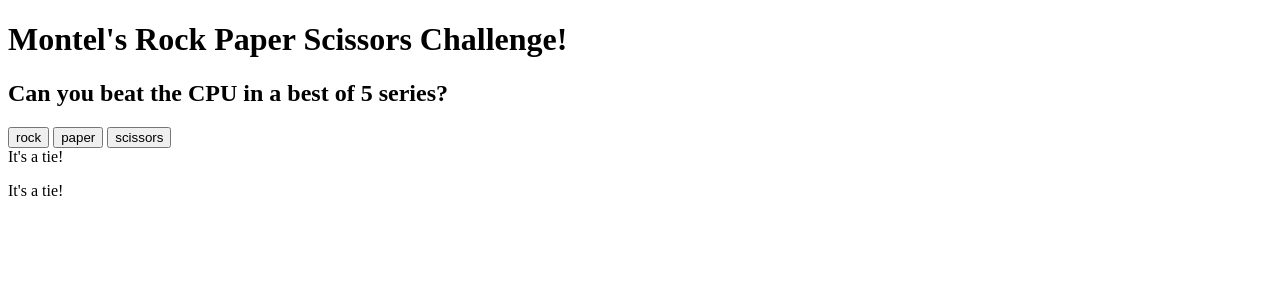
Repository: mnhardy1504/odin-recipes1
Page: repos/member-montel-rockpaperscissors/index.html
The author's editor kept a copy of each file at every save. The page is drawn from the files as they stood at one save, then again after the next save.
The browser window is 1280 px wide. The pictures show the whole page.
After loading, the first visible `button` was clicked once.

Above is the page before, as saved 2023-10-31 20:04:34.

After the next save:
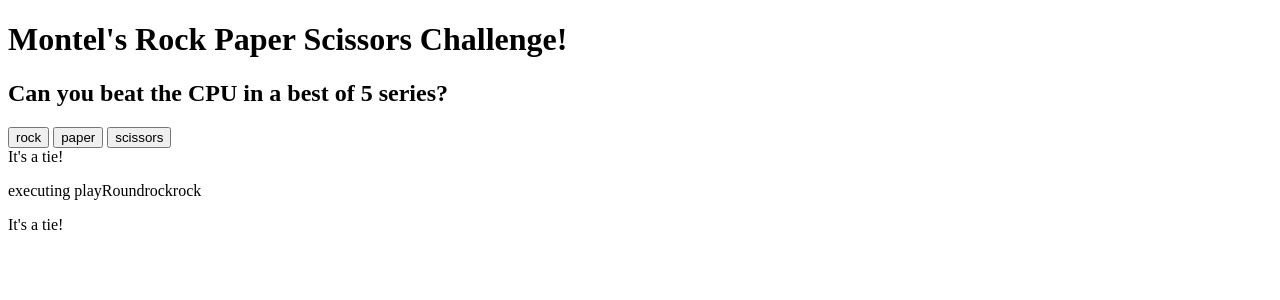
Saved 3 min 25 s later.
--- a/repos/member-montel-rockpaperscissors/index.js
+++ b/repos/member-montel-rockpaperscissors/index.js
@@ -6,7 +6,7 @@ function getComputerChoice() {
 
   function playRound(playerSelection, computerSelection) {
     playerSelection = playerSelection.toLowerCase();
-    console.log('executing playRound', playerSelection,computerSelection);
+    log('executing playRound' + playerSelection + computerSelection);
   var reply = ""
     if (playerSelection === 'rock' && computerSelection === 'scissors') {
       reply = 'You Win! Rock beats Scissors';
